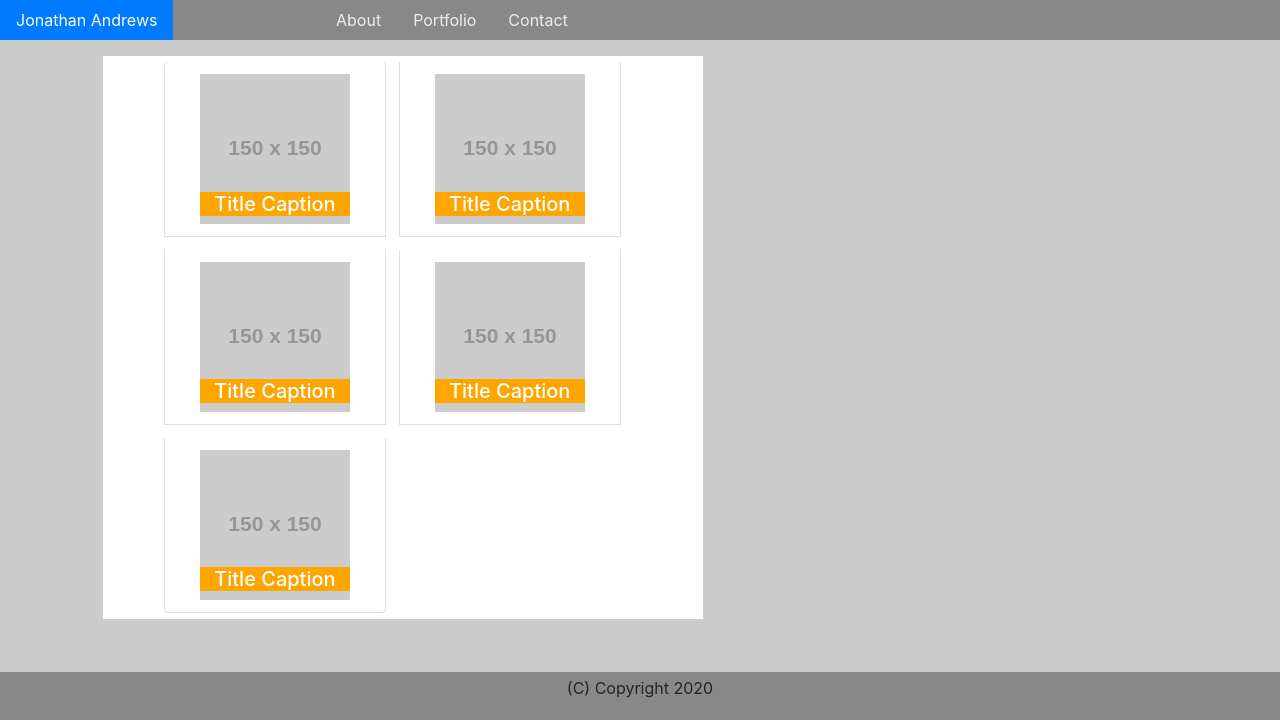
Repository: ionathas78/ionathas78.github.io
Page: portfolio.html
The author's editor kept a copy of each file at every save. The page is drawn from the files as they stood at one save, then again after the next save.
The browser window is 1280 px wide. The pictures show the whole page.

Above is the page before, as saved 2020-03-17 18:32:11.

After the next save:
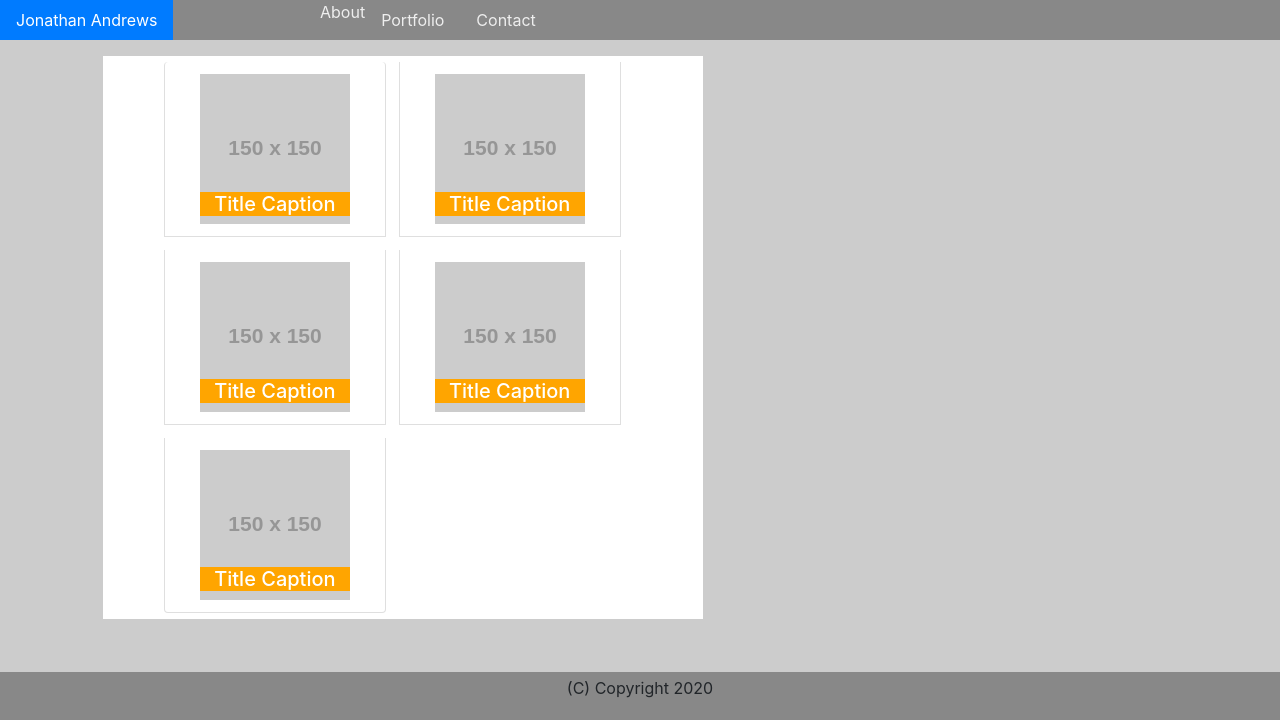
Saved 49 s later.
--- a/portfolio.html
+++ b/portfolio.html
@@ -10,13 +10,13 @@
 </head>
 <body style="background-color: #ccc">
     <header >
-        <ul class="nav col-sm-12 col-med-3 col-lg-3 float-left" style="background-color: #888">
+        <ul class="nav col-sm-12 col-med-3 col-lg-3 float-left" style="background-color: #888;">
             <li class="nav-item bg-primary">
               <a class="nav-link active" href="#" style="color: white;">Jonathan Andrews</a>
             </li>
         </ul>
-        <ul class="nav col-sm-12 col-med-9 col-lg-9 float-left" style="background-color: #888">
-            <li class="nav-item float-left">
+        <ul class="nav col-sm-12 col-med-9 col-lg-9 float-left" style="background-color: #888; align-items: flex-start;">
+            <li class="nav-item>
               <a class="nav-link" href="index.html" style="color: #eee;">About</a>
             </li>
             <li class="nav-item">

After the 3 saves that followed:
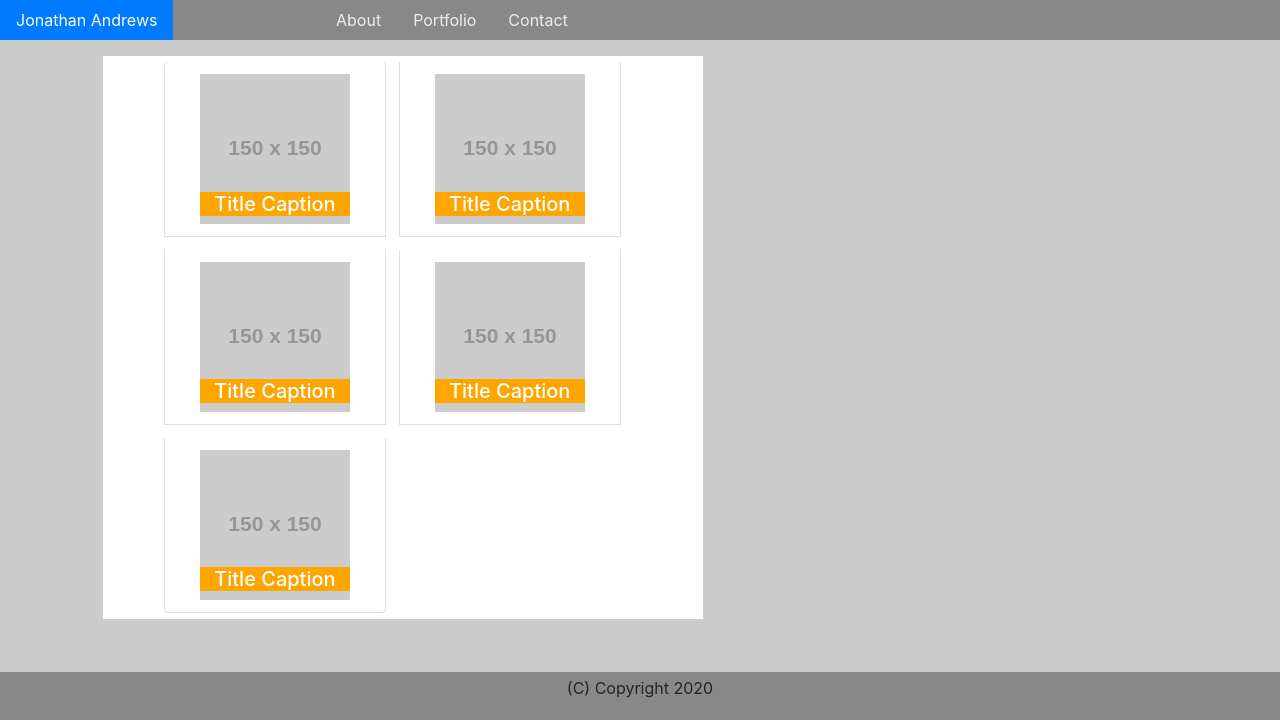
The 3 saves are shown as one change because 2 left the picture as it was.
The last was saved 3 min 3 s later.
--- a/portfolio.html
+++ b/portfolio.html
@@ -15,8 +15,8 @@
               <a class="nav-link active" href="#" style="color: white;">Jonathan Andrews</a>
             </li>
         </ul>
-        <ul class="nav col-sm-12 col-med-9 col-lg-9 float-left" style="background-color: #888; align-items: flex-start;">
-            <li class="nav-item>
+        <ul class="nav col-sm-12 col-med-9 col-lg-9 float-left" style="background-color: #888;">
+            <li class="nav-item">
               <a class="nav-link" href="index.html" style="color: #eee;">About</a>
             </li>
             <li class="nav-item">
@@ -25,6 +25,8 @@
             <li class="nav-item">
                 <a class="nav-link" href="contact.html" style="color: #eee;">Contact</a>
             </li>
+        </ul>
+        <ul class="nav col-sm-0 col-med-6 col-lg-6" style="background-color: #888;">
         </ul>
     </header>
 
